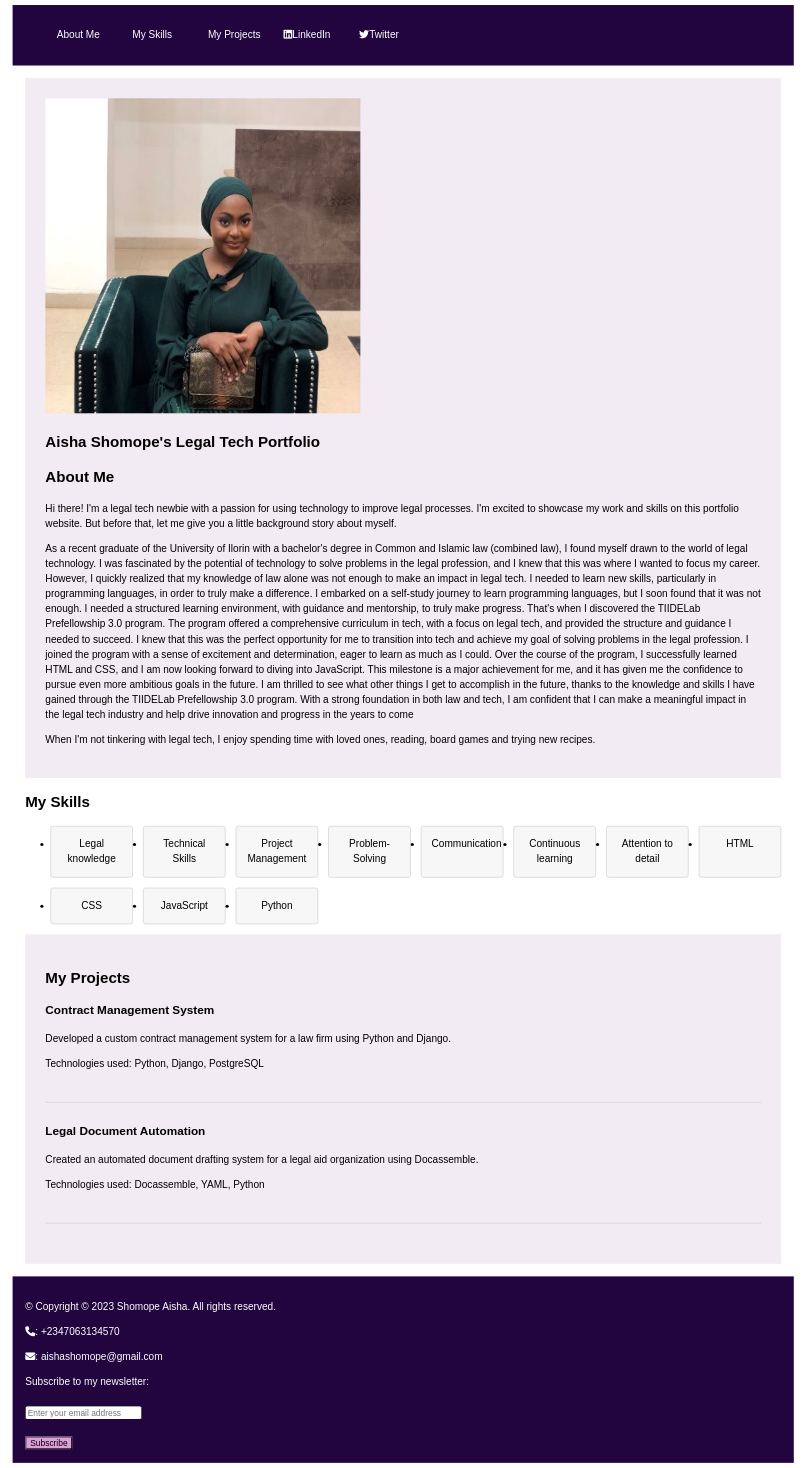
Repository: Iyewande/AishasPortfolio
Page: Index.html
An editor plug-in stored every save of this project. The page is shown before and after the next save, followed by the edit.
The browser window is 1280 px wide. The pictures show the whole page, at 63% of full size.
Some web libraries are served in a nearby version.

Above is the page before, as saved 2023-05-04 20:54:53.

After the next save:
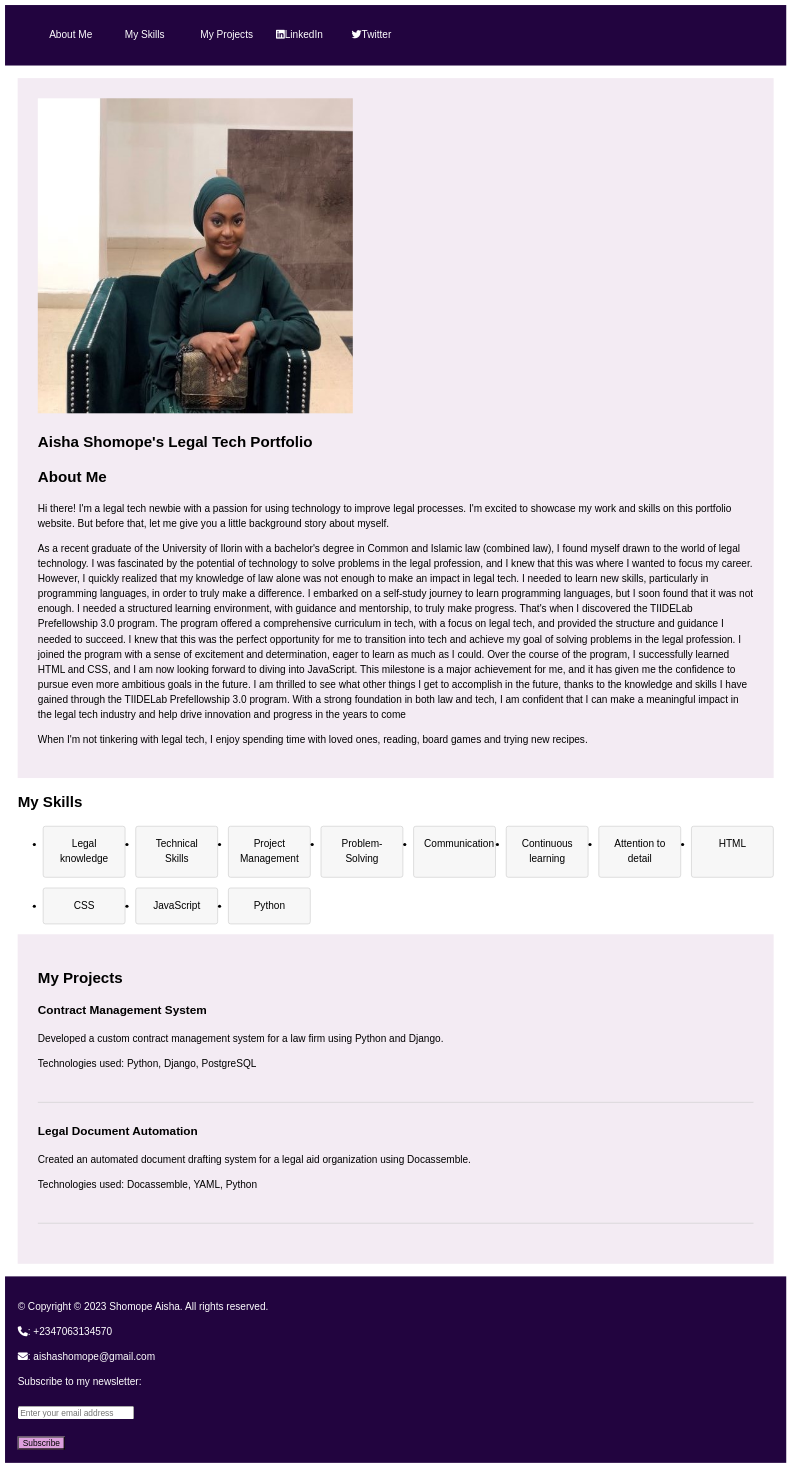
Saved 3 min 2 s later.
--- a/Style.css
+++ b/Style.css
@@ -70,7 +70,7 @@ body {
 
 header, main, footer {
     max-width: 1200px;
-    margin: 0 auto;
+    /* margin: 0 auto; */
     padding: 20px;
 }
 
